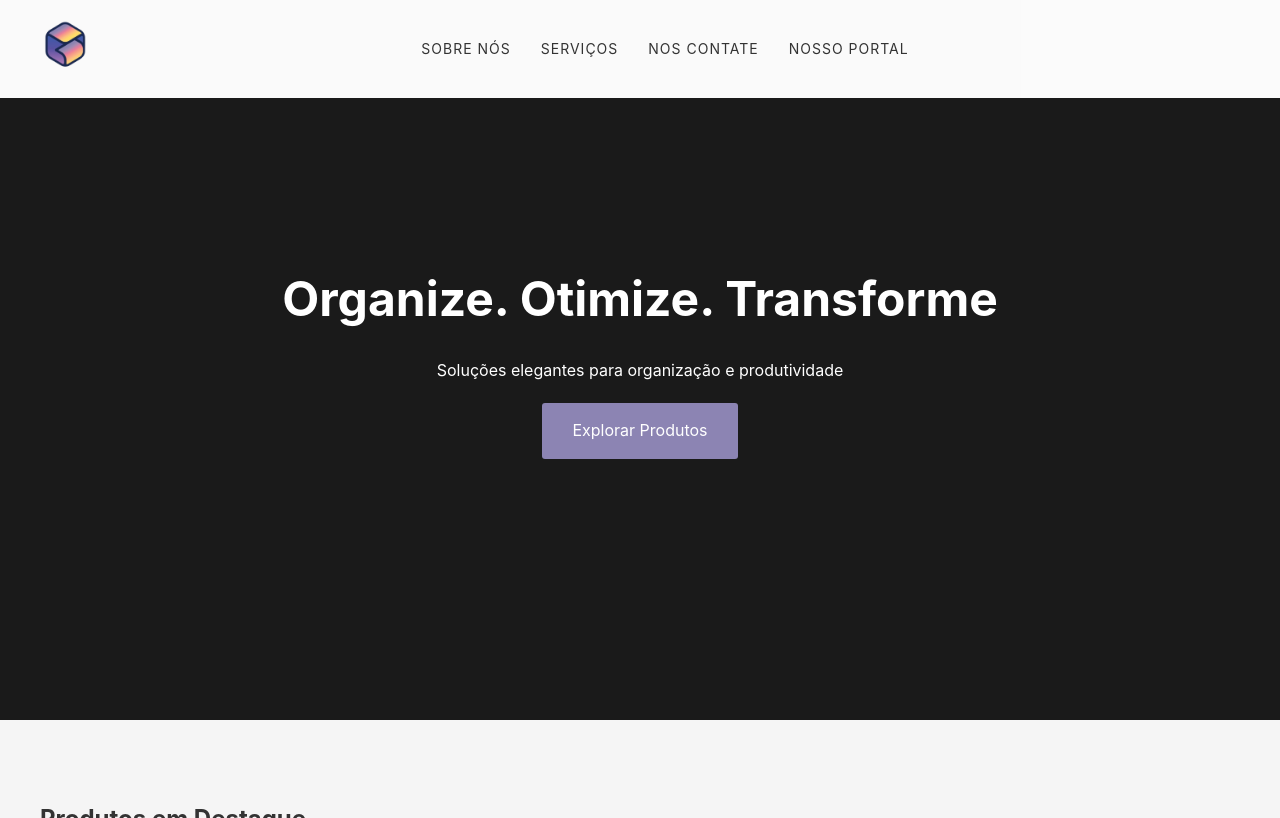
Repository: Gabrielb0rn/0EasyDesk.io
Page: index.html
The author's editor kept a copy of each file at every save. The page is drawn from the files as they stood at one save, then again after a run of saves.
The browser window is 1280 px wide. The pictures show the part of the page from y = 0 to 818 px (the page is 1927 px tall).
A picture or video elsewhere on the page could not be fetched, so the positions and the page height are approximate.

Above is the page before, as saved 2024-10-31 15:07:30.

### index.html
<!DOCTYPE html>
<html lang="pt-BR">
<head>
    <meta charset="UTF-8">
    <meta name="viewport" content="width=device-width, initial-scale=1.0">
    <title>EasyDesk</title>
    <link rel="stylesheet" href="css/main.css">
</head>
<body>
    <!-- Header Minimalista -->
    <header class="main-header">
        <nav class="nav-container">
            <div class="logo">
                <a href="/index.html"><img src="css\icons\favicon\favicon.ico" alt="EasyDesk" width="50" height="50"></a>
            </div>
            <ul class="nav-menu">
                <li><a href="/about.html">Sobre nós</a></li>
                <li><a href="/services">Serviços</a></li>
                <li><a href="/contact">Nos contate</a></li>
                <li><a href="/login">Nosso portal</a></li>
            </ul>
            <div class="nav-icons">
                <a href="/busca"><i class="search-icon"></i></a>
                <a href="/carrinho"><i class="cart-icon"></i></a>
            </div>
        </nav>
    </header>

    <!-- Hero Section com Imagem Full-width -->
    <section class="hero">
        <div class="hero-content">
            <h1>Organize. Otimize. Transforme</h1>
            <p>Soluções elegantes para organização e produtividade</p>
            <a href="/produtos" class="cta-button">Explorar Produtos</a>
        </div>
    </section>

    <!-- Seção de Produtos em Destaque -->
    <section class="featured-products">
        <h2>Produtos em Destaque</h2>
        <div class="product-grid">
            <!-- Repetir para cada produto -->
            <div class="product-card">
                <img src="produto1.jpg" alt="Produto 1">
                <h3>Nome do Produto</h3>
                <p>Descrição breve</p>
                <span class="price">R$ 199,00</span>
            </div>
        </div>
    </section>
    <script src="js/main.js"></script>
</body>
</html>

### css/main.css
/* Reset e Variáveis */
:root {
    --primary-color: #1a1a1a;
    --secondary-color: #f5f5f5;
    --accent-color: #8C84B3;
    --text-color: #333;
    --spacing-unit: 8px;
}

* {
    margin: 0;
    padding: 0;
    box-sizing: border-box;
}

body {
    font-family: -apple-system, BlinkMacSystemFont, 'Segoe UI', Roboto, sans-serif;
    line-height: 1.6;
    color: var(--text-color);
}

/* Header */
.main-header {
    position: fixed;
    top: 0;
    width: 100%;
    background: rgba(255, 255, 255, 0.98);
    padding: 20px 40px;
    z-index: 1000;
}

.nav-container {
    display: flex;
    justify-content: space-between;
    align-items: center;
    max-width: 1400px;
    margin: 0 auto;
}

.nav-menu {
    display: flex;
    gap: 30px;
    list-style: none;
}

.nav-menu a {
    text-decoration: none;
    color: var(--text-color);
    font-size: 14px;
    text-transform: uppercase;
    letter-spacing: 1px;
}

/* Hero Section */
.hero {
    height: 100vh;
    background-size: cover;
    background-position: center;
    display: flex;
    align-items: center;
    justify-content: center;
    text-align: center;
    color: white;
    background-color: var(--primary-color);
}

.hero-content {
    max-width: 800px;
    padding: 0 20px;
}

.hero h1 {
    font-size: 48px;
    margin-bottom: 20px;
}

.cta-button {
    display: inline-block;
    padding: 15px 30px;
    background: var(--accent-color);
    color: white;
    text-decoration: none;
    border-radius: 3px;
    margin-top: 20px;
}

/* Produtos */
.featured-products {
    padding: 80px 40px;
    background: var(--secondary-color);
}

.product-grid {
    display: grid;
    grid-template-columns: repeat(auto-fit, minmax(300px, 1fr));
    gap: 40px;
    max-width: 1400px;
    margin: 0 auto;
}

.product-card {
    text-align: center;
}

.product-card img {
    width: 100%;
    height: auto;
    margin-bottom: 20px;
}

### js/main.js
// Adicionar ao seu arquivo script.js
document.addEventListener('DOMContentLoaded', () => {
  // Animação suave no scroll
  document.querySelectorAll('a[href^="#"]').forEach(anchor => {
      anchor.addEventListener('click', function (e) {
          e.preventDefault();
          document.querySelector(this.getAttribute('href')).scrollIntoView({
              behavior: 'smooth'
          });
      });
  });

  // Header transparente que muda com scroll
  window.addEventListener('scroll', () => {
      const header = document.querySelector('.main-header');
      if (window.scrollY > 50) {
          header.classList.add('scrolled');
      } else {
          header.classList.remove('scrolled');
      }
  });
});

After the next 3 saves:
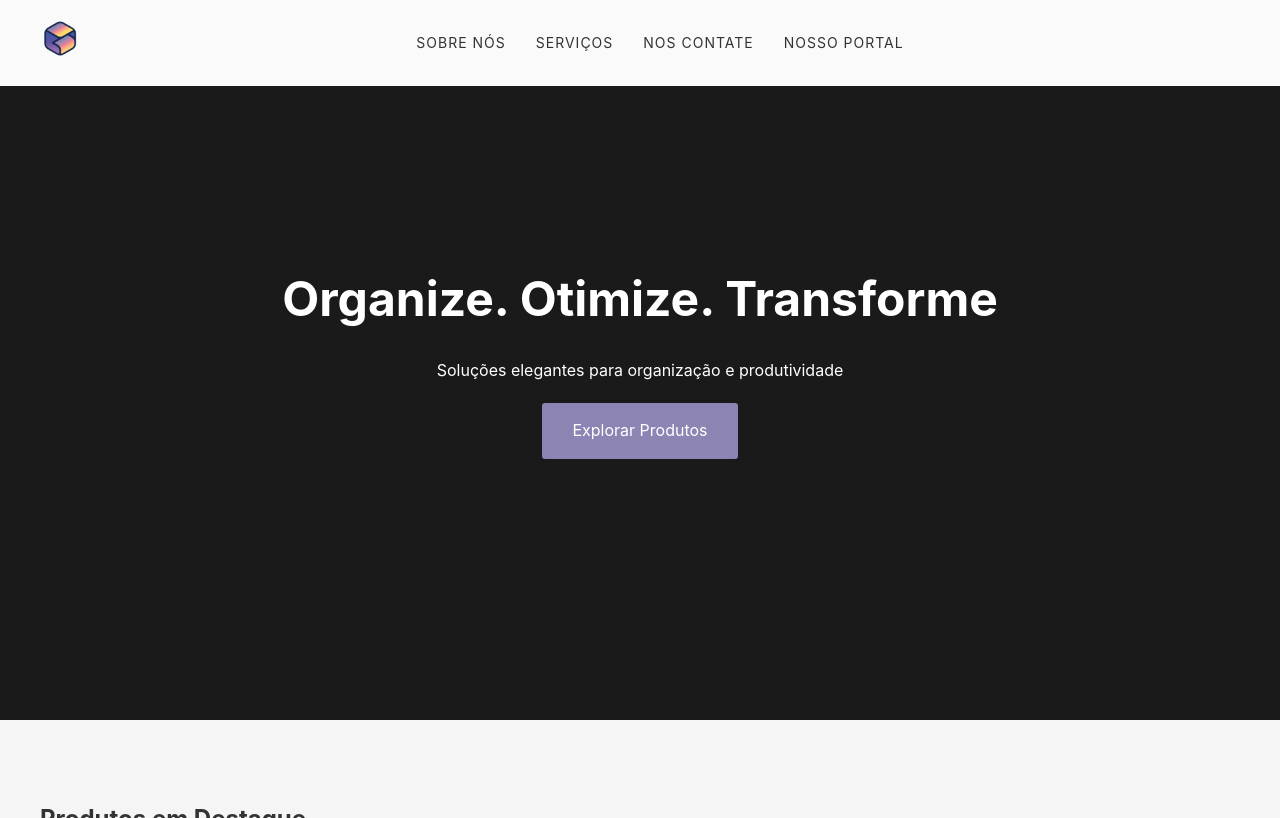
The 3 saves are shown as one change because they came seconds apart.
The last was saved 11 s later.
--- a/index.html
+++ b/index.html
@@ -11,7 +11,7 @@
     <header class="main-header">
         <nav class="nav-container">
             <div class="logo">
-                <a href="/index.html"><img src="css\icons\favicon\favicon.ico" alt="EasyDesk" width="50" height="50"></a>
+                <a href="/index.html"><img src="css\icons\favicon\favicon.ico" alt="EasyDesk" width="40" height="auto"></a>
             </div>
             <ul class="nav-menu">
                 <li><a href="/about.html">Sobre nós</a></li>
